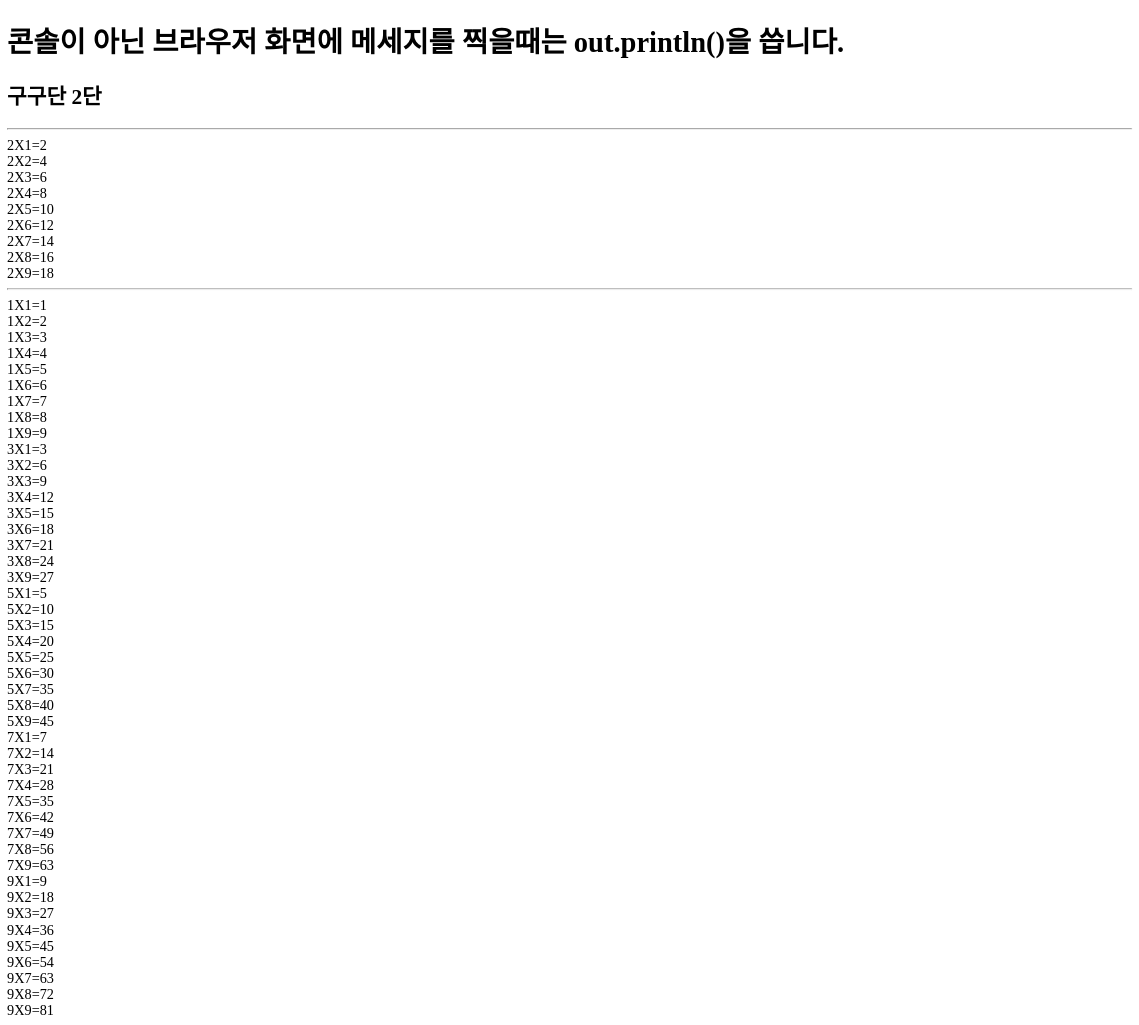
Repository: gowjd4419/jsp
Page: http://localhost/JSPBasic/jsptag/scriptlet.jsp
The author's editor kept a copy of each file at every save. The page is drawn from the files as they stood at one save, then again after the next save.
The browser window is 1280 px wide. The pictures show the whole page, at 89% of full size.
The page is served by Tomcat 9.

Above is the page before, as saved 2022-03-22 11:49:46.

After the next save:
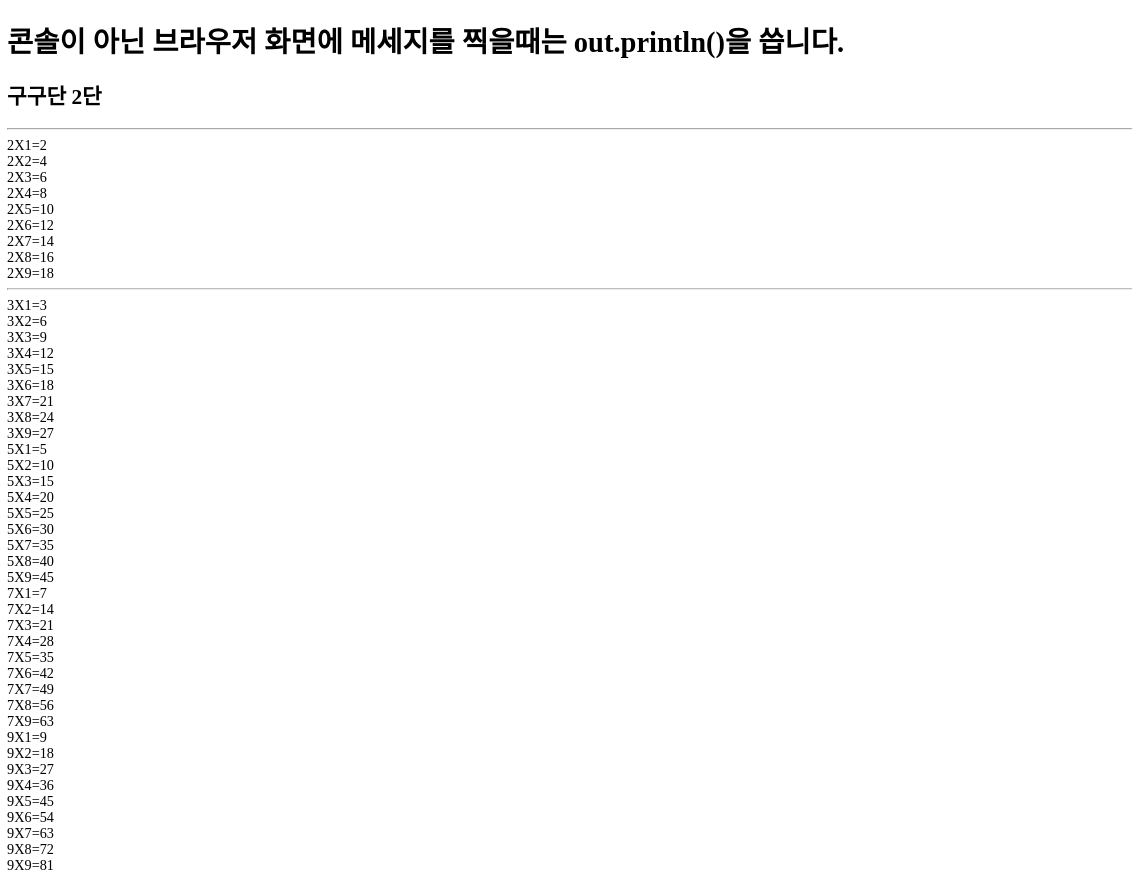
Saved 17 min 40 s later.
--- a/JSPBasic/src/main/webapp/jsptag/scriptlet.jsp
+++ b/JSPBasic/src/main/webapp/jsptag/scriptlet.jsp
@@ -19,8 +19,8 @@
      <hr>
      <!-- 반복문과 조건문을 이용하여 구구단 홀수단(3,5,7,9)을 화면에 출력해보기 -->
      <%
-         for(int i = 1; i <=10; i++){
-        	 for(int j = 1; j<10; j++){
+         for(int i = 2; i <= 9; i++){
+        	 for(int j = 1; j <= 9; j++){
         	 if(i % 2==0){
         		 continue;
         	 }
